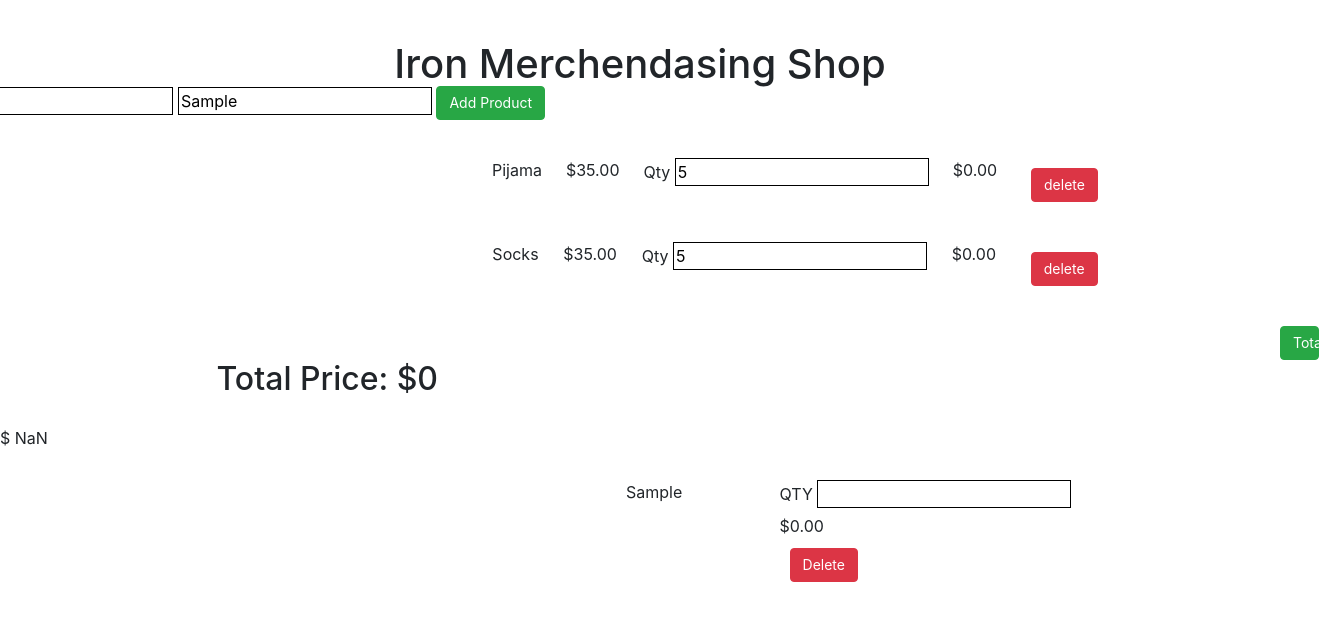
Repository: konstantin0s/lab-cart-DOM
Page: index.html
The author's editor kept a copy of each file at every save. The page is drawn from the files as they stood at one save, then again after the next save.
The browser window is 1280 px wide. The page is 1325 px wide, so the pictures cover 1325 px, including what lies to the right of the window. The pictures show the whole page.
Empty fields were first filled with sample values (such as "Sample", 5 or name@example.com).
After loading, the first visible `#addNewProd` was submitted once.
Some web libraries are served in a nearby version.

Above is the page before, as saved 2019-02-04 10:56:23.
Console error: TypeError: Cannot set properties of null (setting 'onclick')

After the next save:
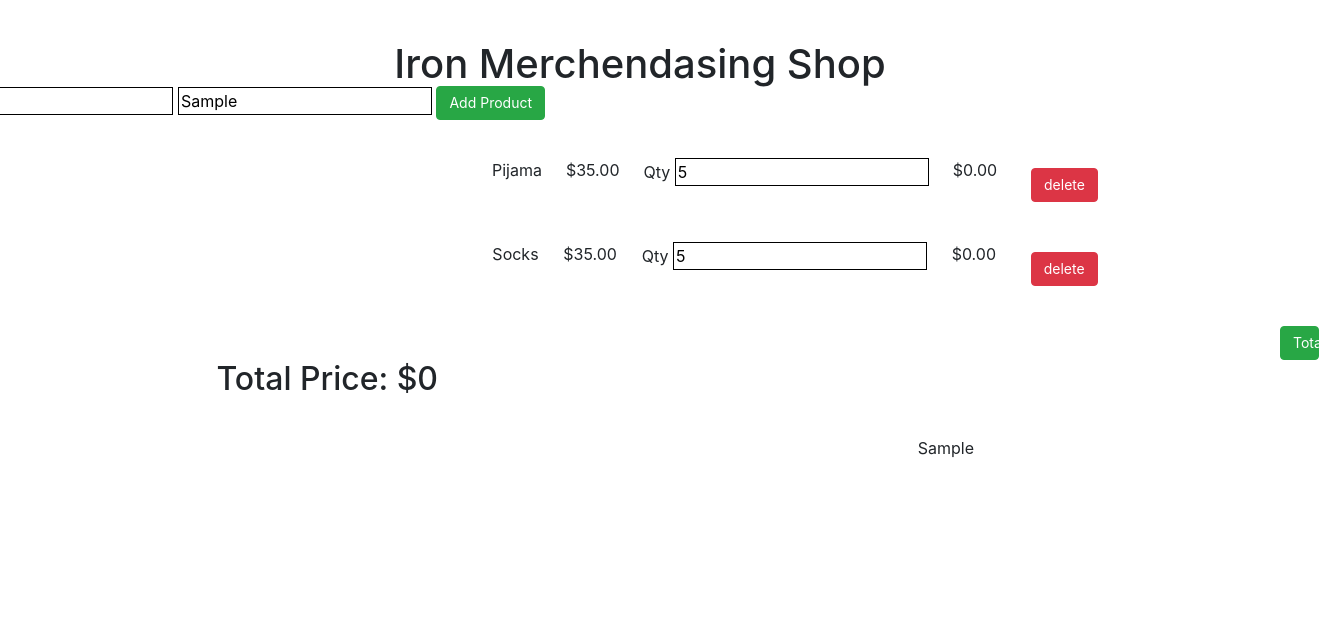
Saved 15 min 10 s later.
--- a/js/index.js
+++ b/js/index.js
@@ -128,28 +128,28 @@ function createNewItemRow(e){
 
 
 //new div & span product name
-var divPrice = document.createElement("div");
-divPrice.className = "price";
-div.appendChild(divPrice);
-prodList.appendChild(divPrice);
-var spanPrice = document.createElement("span");
-//append new product to new span
-spanPrice.appendChild(document.createTextNode("$ " + pars));
-divPrice.appendChild(spanPrice);
-
-// var products = document.querySelector("#product");
-      var label = document.createElement("label");
-          label.innerHTML = `
-      <label>QTY</label>
-      <input type="number" name="quantity" class="quantity">
-      <div class="totalP">
-      $<span>0.00</span>
-      </div>
-      <div class="remove">
-      <button class="button btn-danger" type="button">Delete</button>
-      </div>
-     `;
-      div.appendChild(label);
+// var divPrice = document.createElement("div");
+// divPrice.className = "price";
+// div.appendChild(divPrice);
+// prodList.appendChild(divPrice);
+// var spanPrice = document.createElement("span");
+// //append new product to new span
+// spanPrice.appendChild(document.createTextNode("$ " + pars));
+// divPrice.appendChild(spanPrice);
+
+// // var products = document.querySelector("#product");
+//       var label = document.createElement("label");
+//           label.innerHTML = `
+//       <label>QTY</label>
+//       <input type="number" name="quantity" class="quantity">
+//       <div class="totalP">
+//       $<span>0.00</span>
+//       </div>
+//       <div class="remove">
+//       <button class="button btn-danger" type="button">Delete</button>
+//       </div>
+//      `;
+//       div.appendChild(label);
     //  prodList.appendChild(label);
 
 
